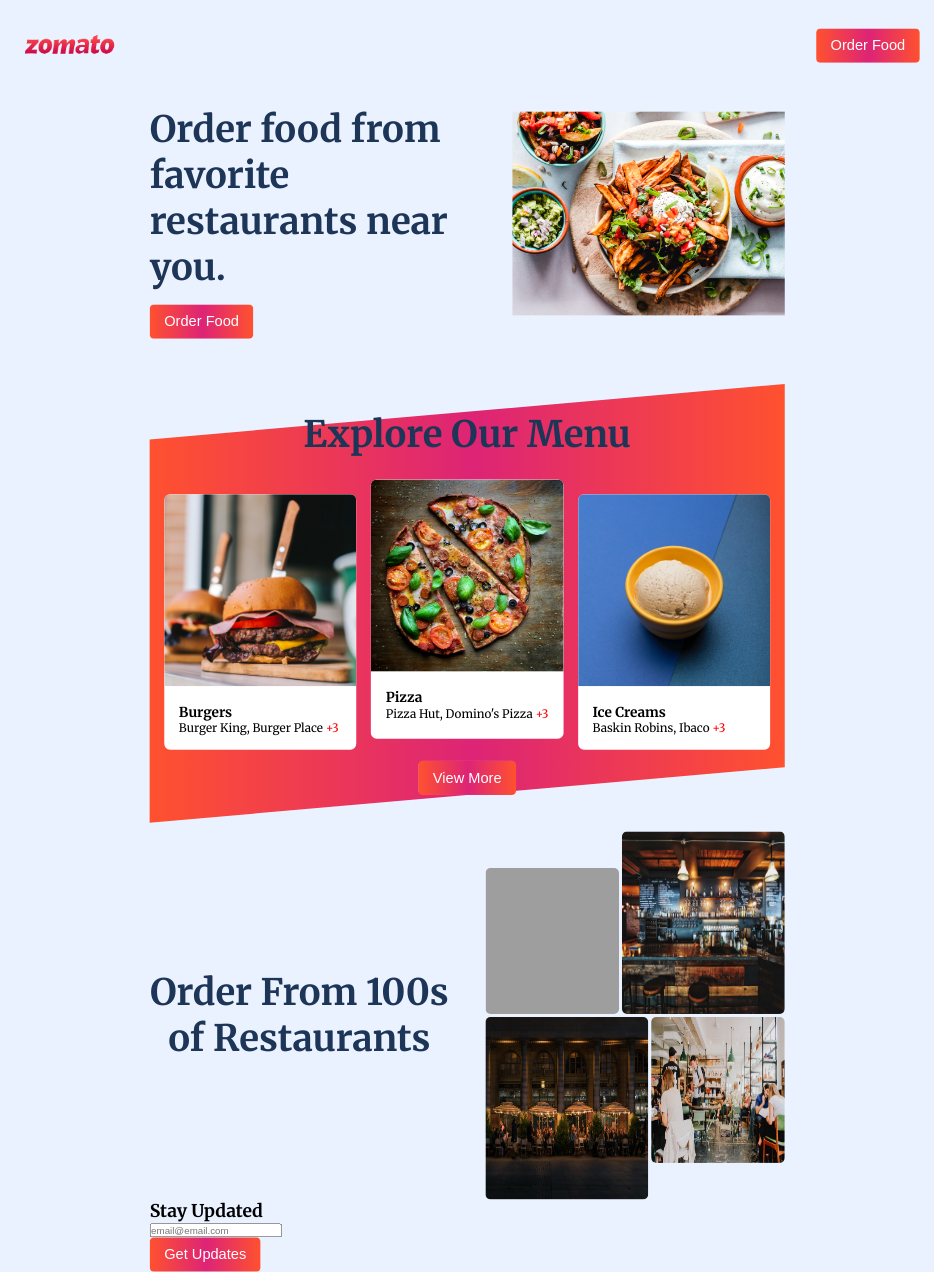
Repository: srush-shah/LandingPage-Project-ShapeAI
Page: index.html
The author's editor kept a copy of each file at every save. The page is drawn from the files as they stood at one save, then again after a run of saves.
The browser window is 1280 px wide. The pictures show the whole page, at 73% of full size.
Pictures or frames that could not be fetched are drawn as grey boxes.

Above is the page before, as saved 2021-09-21 03:49:06.

### index.html
<!DOCTYPE html>
<html lang="en">
  <head>
    <meta charset="UTF-8" />
    <meta http-equiv="X-UA-Compatible" content="IE=edge" />
    <meta name="viewport" content="width=device-width, initial-scale=1.0" />
    <link rel="preconnect" href="https://fonts.googleapis.com" />
    <link rel="preconnect" href="https://fonts.gstatic.com" crossorigin />
    <link
      href="https://fonts.googleapis.com/css2?family=Merriweather:ital,wght@0,300;0,400;0,700;0,900;1,300;1,400;1,700;1,900&display=swap"
      rel="stylesheet"
    />
    <link rel="stylesheet" href="./style.css" />
    <title>Zomato - Largest Food Delivery Network</title>
  </head>
  <body>
    <!-- Navbar -->
    <header>
      <nav class="navbar">
        <div class="navbar-brand">
          <img src="./assets/logo.png" alt="logo" class="navbar-logo" />
        </div>
        <div class="navbar-nav">
          <button class="nav-item button-primary">Order Food</button>
        </div>
      </nav>
    </header>
    <main class="container">
      <!-- Hero Section -->
      <section class="hero-container">
        <div class="hero-img-container">
          <img src="./assets/hero.jpg" alt="Hero Image" class="hero-img" />
        </div>
        <div class="hero-description">
          <h1 class="hero-text">
            Order food from favorite restaurants near you.
          </h1>
          <button class="button-primary">Order Food</button>
        </div>
      </section>

      <!-- Explore Menu -->
      <section class="explore-menu-container">
        <h1 class="explore-menu-text">Explore Our Menu</h1>
        <div class="explore-menu-bg"></div>
        <div class="explore-menu-lists">
          <div class="menu-card">
            <img src="./assets/burger.jpg" alt="burger" class="food-image" />
            <div class="food-description">
              <h3 class="food-title">Burgers</h3>
              <p class="restaurants">
                Burger King, Burger Place <span style="color: red">+3</span>
              </p>
            </div>
          </div>
          <div class="menu-card" id="pizza-card">
            <img src="./assets/pizza.jpg" alt="pizza" class="food-image" />
            <div class="food-description">
              <h3 class="food-title">Pizza</h3>
              <p class="restaurants">
                Pizza Hut, Domino's Pizza <span style="color: red">+3</span>
              </p>
            </div>
          </div>
          <div class="menu-card">
            <img
              src="./assets/iceCream.jpg"
              alt="IceCream"
              class="food-image"
            />
            <div class="food-description">
              <h3 class="food-title">Ice Creams</h3>
              <p class="restaurants">
                Baskin Robins, Ibaco <span style="color: red">+3</span>
              </p>
            </div>
          </div>
        </div>
        <div class="explore-menu-button">
          <button class="button-primary">View More</button>
        </div>
      </section>

      <!-- Restaurants -->
      <section class="restaurants-container">
        <h1 class="restaurants-description">Order From 100s of Restaurants</h1>
        <div class="restaurants-flex">
          <div class="row-one">
            <div class="restaurant1">
              <img
                src="./assets/restaurant1.jpg"
                alt="restaurant1"
                class="restaurant1-image"
              />
            </div>
            <div class="restaurant2">
              <img
                src="./assets/restaurant2.jpg"
                alt="restaurant2"
                class="restaurant2-image"
              />
            </div>
          </div>
          <div class="row-two">
            <div class="restaurant3">
              <img
                src="./assets/restaurant3.jpg"
                alt="restaurant3"
                class="restaurant3-image"
              />
            </div>
            <div class="restaurant4">
              <img
                src="./assets/restaurant4.jpg"
                alt="restaurant4"
                class="restaurant4-image"
              />
            </div>
          </div>
        </div>
      </section>

      <!-- Subscribe -->
      <section class="subscribe">
        <h1 class="subscribe-text">Stay Updated</h1>
        <div class="subscribe-flex">
          <div class="subscribe-form-container">
            <form class="subscribe-form">
              <input
                type="email"
                name="email"
                id="email"
                placeholder="email@email.com"
              />
            </form>
          </div>
          <button class="button-primary">Get Updates</button>
        </div>
      </section>
    </main>
  </body>
</html>

### style.css
* {
  margin: 0;
  padding: 0;
  box-sizing: border-box; /* To Box Model */
}

/* Global */

body {
  font-family: "Merriweather", sans-serif;
  background-color: #ebf2ff;
  overflow-x: hidden;
}

.button-primary {
  background-image: linear-gradient(
    to right,
    #ff512f 0%,
    #dd2476 51%,
    #ff512f 100%
  );
  color: #fff;
  padding: 12px;
  border: none;
  border-radius: 6px;
  cursor: pointer;
}

.container {
  width: 100%;
  margin: 0 auto;
  padding: 0 15px;
}

.navbar {
  display: flex;
  justify-content: space-around;
  align-items: center;
}

.navbar-brand {
  width: 100px;
}

.navbar-logo {
  width: 100%;
}

.hero-container {
  width: 100%;
}

.hero-img-container {
  width: 100%;
}

.hero-img {
  width: 100%;
}

.hero-text {
  font-size: 30px;
  color: #1d3557;
  margin: 20px 0;
}

/* Menu Styles */

.explore-menu-container {
  margin-top: 50px;
}

.explore-menu-text {
  font-size: 30px;
  color: #1d3557;
  margin: 20px 0;
  text-align: center;
}

.menu-card {
  width: 100%;
  background-color: #fff;
  border-radius: 8px;
  margin-bottom: 15px;
}

.food-image {
  width: 100%;
  border-radius: 8px 8px 0 0;
}

.food-description {
  padding: 20px;
}

.explore-menu-button {
  display: flex;
  justify-content: center;
}

/* Flex */

.row-one,
.row-two {
  width: 100%;
  display: flex;
  gap: 4px;
}

.row-one {
  align-items: baseline;
  margin-bottom: 4px;
}

.row-two {
  flex-direction: row-reverse;
}

.restaurant1-image,
.restaurant2-image,
.restaurant3-image,
.restaurant4-image {
  width: 100%;
  height: 100%;
  border-radius: 7px;
}

.restaurant1,
.restaurant3 {
  width: 90%;
  height: 110px;
}

.restaurant2,
.restaurant4 {
  width: 110%;
  height: 130px;
}

.restaurants-description {
  font-size: 30px;
  color: #1d3557;
  margin: 20px 0;
  text-align: center;
}

@media (min-width: 768px) {
  .navbar {
    justify-content: space-between;
    padding: 10px 20px;
  }
  .navbar-brand {
    width: 150px;
  }
  .button-primary {
    padding: 12px 20px;
    font-size: 20px;
  }
  .hero-container {
    display: flex;
    flex-direction: row-reverse;
    align-items: center;
    justify-content: space-between;
    gap: 10px;
  }

  .explore-menu-container {
    position: relative;
  }

  .explore-menu-bg {
    position: absolute;
    left: 0;
    top: 0;
    height: 100%;
    width: 100%;
    background-image: linear-gradient(
      to right,
      #ff512f 0%,
      #dd2476 51%,
      #ff512f 100%
    );

    z-index: -3;
    transform: skewY(-5deg);
  }

  .explore-menu-lists {
    margin-top: 50px;
    display: flex;
    gap: 8px;
  }
  #pizza-card {
    margin-top: -20px;
    margin-bottom: 30px;
  }
  .restaurants-container {
    display: flex;
    align-items: center;
    margin-top: 50px;
  }
  .restaurants-description,
  .restaurants-flex {
    width: 100%;
  }
  .restaurants-description {
    margin-right: 50px;
  }
  .restaurant1,
  .restaurant3 {
    width: 90%;
    height: 130px;
  }

  .restaurant2,
  .restaurant4 {
    width: 110%;
    height: 150px;
  }
}

@media (min-width: 1020px) {
  .container {
    max-width: 900px;
  }
  .hero-text {
    font-size: 50px;
  }
  .explore-menu-container {
    margin-top: 100px;
  }
  .explore-menu-lists {
    gap: 20px;
    padding: 0 20px;
  }
  .explore-menu-text {
    font-size: 50px;
  }
  .restaurants-description {
    font-size: 50px;
  }
  .restaurant1,
  .restaurant3 {
    width: 90%;
    height: 200px;
  }

  .restaurant2,
  .restaurant4 {
    width: 110%;
    height: 250px;
  }
}

@media (min-width: 1400px) {
  .container {
    max-width: 1250px;
  }
}

After the next 4 saves:
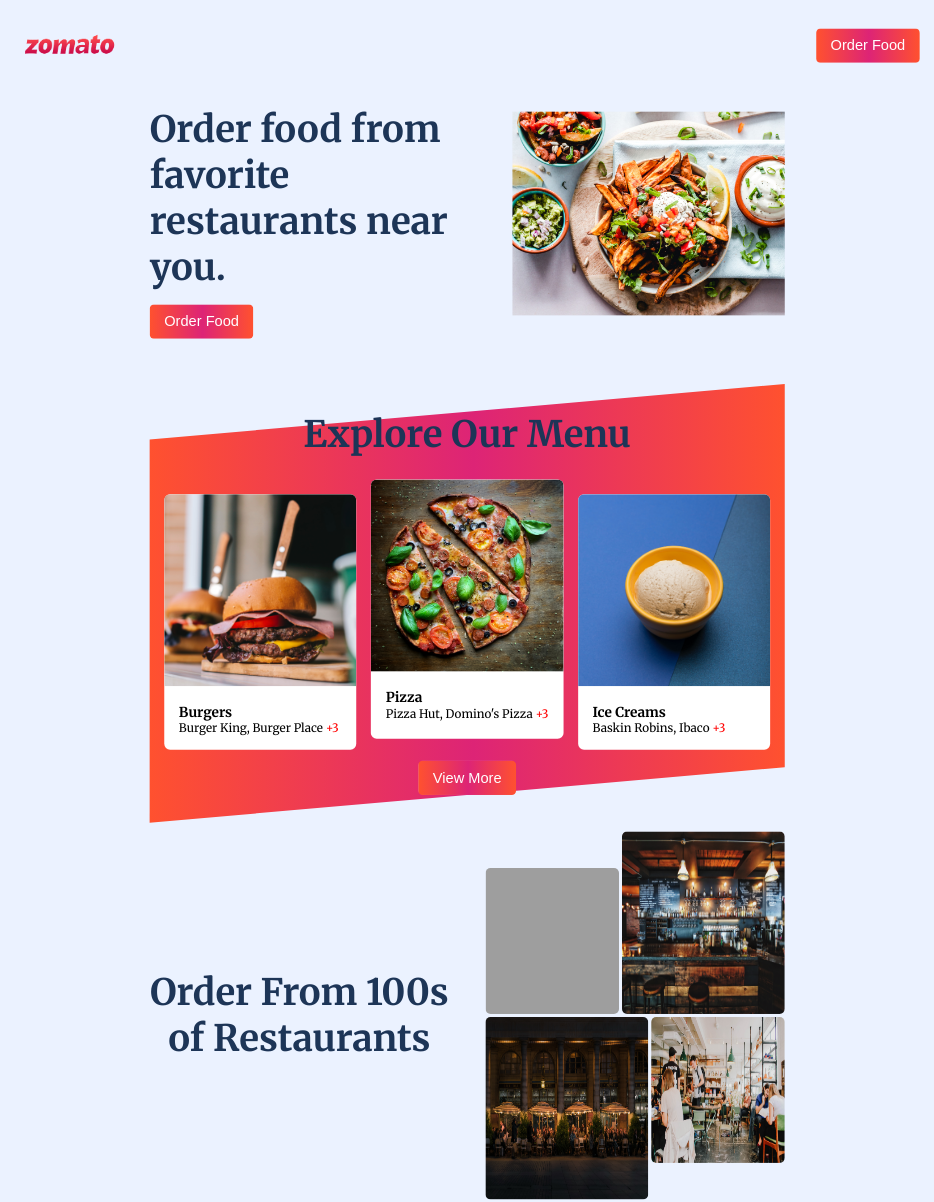
The 4 saves are shown as one change because they came seconds apart.
The last was saved 4 min 40 s later.
--- a/index.html
+++ b/index.html
@@ -121,7 +121,7 @@
       </section>
 
       <!-- Subscribe -->
-      <section class="subscribe">
+      <!--<section class="subscribe">
         <h1 class="subscribe-text">Stay Updated</h1>
         <div class="subscribe-flex">
           <div class="subscribe-form-container">
@@ -136,7 +136,7 @@
           </div>
           <button class="button-primary">Get Updates</button>
         </div>
-      </section>
+      </section>-->
     </main>
   </body>
 </html>
